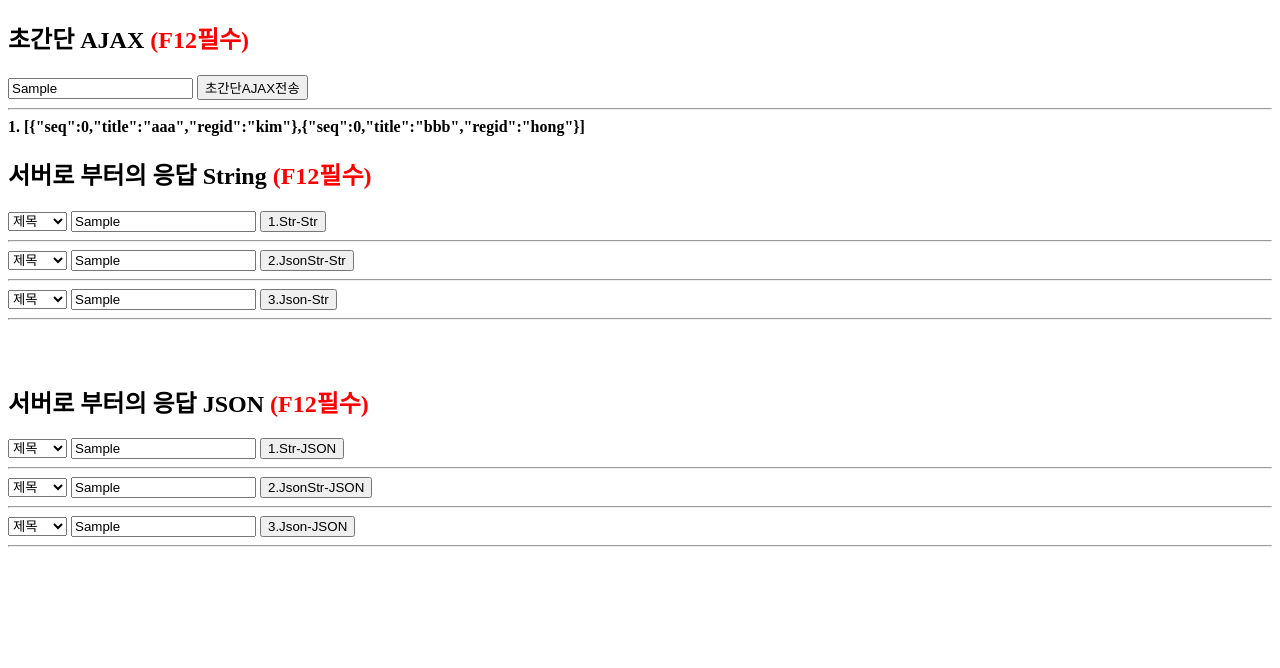
Repository: hinoky4693/workspace
Page: http://localhost/web_prj/lec_rest.jsp
These files come from the project's save history. The page is drawn as it stood at one moment and after the next save; the edit follows.
The browser window is 1280 px wide. The pictures show the whole page.
Empty fields were first filled with sample values (such as "Sample", 5 or name@example.com).
After loading, the first visible `#\31 __Str_Str_Btn` was clicked once.
The page is served by Tomcat 9. Other server files are loaded and not shown.

Above is the page before, as saved 2024-05-28 02:43:53.

### web_prj/src/main/webapp/lec_rest.jsp
<%@ page language="java" contentType="text/html; charset=UTF-8"
    pageEncoding="UTF-8"%>
<!DOCTYPE html>
<html>
<head>
<meta charset="UTF-8">
<title>Insert title here</title>
</head>
<body>
<!--  REST(Representational State Transfer)
		   : 웹 서비스를 위한 분산 시스템 아키텍처
		   - http 프로토콜 사용
		   - 데이터 포맷 : json/xml 주로 사용
		   - 개인정보 데이터 접근을 위해서는 토큰(OAuth2) 이용
		   - 서버(프로바이더)가 정한 규칙에 맞게 요청을 해야 응답을 받을 수 있다
		   ex) kakao  사용자 목록 가져오기
		       https://kapi.kakao.com/v1/user/ids
		       ${SERVICE_APP_ADMIN_KEY}
		       Content-type: application/x-www-form-urlencoded;charset=utf-8

      AJAX : 스크립트에서 비동기 통신을 위한 기술(jQuery 스크립트 라이브러리)
		   : JSON/XML/TEXT/... 데이터표기를 사용해 데이터 송수신
		   : https://api.jquery.com.jQuery.ajax/

	  $.ajax( { settings } );

	  $.ajax({
	        *method      : "GET",
	        *url         : "/BoradServlet?pagecode=B001",
	        *data 		 : { "name":"kim" , "pw":"123" },    JSON표기 내부적변환 name=kim&pw=123
	  		             : { "name": ["kim","hong"]    }                     name=kim&name=hong
	  		             : "name=kim&pw=123"
	  		*error 	     : function(){   },
	  		*success     : function(){   },

	  		contentType : "application/x-www-form-urlencoded; charset=UTF-8"   ------ 보낼데이터 타입
	  		            : "application/json; charset=UTF-8"
	  		dataType    : (xml, json, script, or html, text),                  ------ 서버로부터온 응답데이터 타입

	  		beforeSend 	: function(){   },
	  		complete 	: function(){   },
	  		crossDomain : false,
	  		headers     : {k:v},
	  });

-->
<!--  ##################### 서버로 부터의 응답 String #######################  -->
<h2>초간단 AJAX <font color=red>(F12필수)</font></h2>
<form id="Str_Str_Form" >
<input id="searchGubun" type=hidden name="searchGubun" value="">
<input id="searchStr"   type="text" name="searchStr">
<input type="button" id="AjaxBtn" value="초간단AJAX전송">
</form>
<hr>
<div id="resultDIV"></div>

<!--  ##################### 서버로 부터의 응답 String #######################  -->
<h2>서버로 부터의 응답 String <font color=red>(F12필수)</font></h2>
<form id="Str_Str_Form1">
<select name="searchGubun">
	<option value="title">제목</option>
	<option value="contents">내용</option>
	<option value="regid">글쓴이</option>
</select>
<input type="text" name="searchStr">
<input type="button" id="1__Str_Str_Btn" value="1.Str-Str">
</form>
<hr>

<form id="JsonStr_Str_Form" action="/RestServlet" method="get">
<select name="searchGubun">
	<option value="title">제목</option>
	<option value="contents">내용</option>
	<option value="regid">글쓴이</option>
</select>
<input type="text" name="searchStr">
<input type="button" id="2__JsonStr_Str_Btn"  value="2.JsonStr-Str">
</form>
<hr>

<form id="Json_Str_Form" action="/RestServlet" method="get">
<select name="searchGubun">
	<option value="title">제목</option>
	<option value="contents">내용</option>
	<option value="regid">글쓴이</option>
</select>
<input type="text" name="searchStr">
<input type="button" id="3__Json_Str_Btn"  value="3.Json-Str">
</form>
<hr><br><br>

<!--  ##################### 서버로 부터의 응답 JSON #######################  -->
<h2>서버로 부터의 응답 JSON <font color=red>(F12필수)</font></h2>
<form id="Str_Json_Form" action="/RestServlet" method="get">
<select name="searchGubun">
	<option value="title">제목</option>
	<option value="contents">내용</option>
	<option value="regid">글쓴이</option>
</select>
<input type="text" name="searchStr">
<input type="button" id="4__Str_Json_Btn"  value="1.Str-JSON">
</form>
<hr>

<form id="JsonStr_Json_Form" action="/RestServlet" method="get">
<select name="searchGubun">
	<option value="title">제목</option>
	<option value="contents">내용</option>
	<option value="regid">글쓴이</option>
</select>
<input type="text" name="searchStr">
<input type="button" id="5__JsonStr_Json_Btn"  value="2.JsonStr-JSON">
</form>
<hr>

<form id="Json_Json_Form" action="/RestServlet" method="get">
<select name="searchGubun">
	<option value="title">제목</option>
	<option value="contents">내용</option>
	<option value="regid">글쓴이</option>
</select>
<input type="text" name="searchStr">
<input type="button" id="6__Json_Json_Btn"   value="3.Json-JSON">
</form>
<hr>

<script src="https://code.jquery.com/jquery-3.7.1.js"></script>
<script>
	//$(function() {    });


	$("#AjaxBtn").click(  function(){
		//alert("초간단AJAX");
		var sg = $("#searchGubun").val();
		var ss = $("#searchStr").val();
		$.ajax({
			method      : "GET",
	        url         : "<%=request.getContextPath()%>/RestServlet",
	        data 		: "searchGubun="+sg+"&searchStr="+ss,
	  		error 	    : function(myval){ console.log("이건에러:" + myval);   },
	  		success     : function(myval){
	  										console.log("이건성공:" + myval);
	  										$("#resultDIV").html("<b>"+myval+"</b>")
	  									 }
		});
	});

	$("#1__Str_Str_Btn").click(  function(){
		//alert("1");
		var sendFormData = $("#Str_Str_Form1").serialize();
		console.log(sendFormData);
		$.ajax({
			method      : "GET",
	        url         : "<%=request.getContextPath()%>/RestServlet",
	        data 		: sendFormData,
	  		error 	    : function(myval){ console.log("에러:" + myval);   },
	  		success     : function(myval){
	  										console.log("성공:" + myval);
	  										var myval_obj = JSON.parse(myval);
	  										console.log("성공변환:" + myval_obj);
	  										console.log("성공변환:" + myval_obj[0]["regid"]);

	  										var htmlStr = "<table border=1 width=50%><tr><th>제목</th><th>글쓴이</th></tr>";
	  										$.map( myval_obj, function( MYval, MYidx ) {
	  											htmlStr +="<tr><td></td></tr>"
	  											console.log(MYval["title"] + "," + MYval["regid"] + "," + MYidx);
	  										});
	  										htmlStr +="</html>";

	  										$("#resultDIV").html("<b>"+"1. "+myval+"</b>") }
										});
	});
	$("#2__JsonStr_Str_Btn").click(  function(){
		alert("2");
	});
	$("#3__Json_Str_Btn").click(  function(){
		alert("3");
	});

	$("#4__Str_Json_Btn").click(  function(){
		alert("4");
	});
	$("#5__JsonStr_Json_Btn").click(  function(){
		alert("5");
	});
	$("#6__Json_Json_Btn").click(  function(){
		alert("6");
	});

</script>

</body>
</html>

### web_prj/src/main/java/com/kosta/sample/rest/RestServlet.java
package com.kosta.sample.rest;

import java.io.IOException;
import java.io.PrintWriter;
import java.util.ArrayList;

import javax.servlet.ServletException;
import javax.servlet.annotation.WebServlet;
import javax.servlet.http.HttpServlet;
import javax.servlet.http.HttpServletRequest;
import javax.servlet.http.HttpServletResponse;

import com.google.gson.Gson;
import com.kosta.sample.board.BoardVO;



@WebServlet("/RestServlet")
public class RestServlet extends HttpServlet {
	private static final long serialVersionUID = 1L;

    public RestServlet() {
        super();
    }

	protected void doGet(HttpServletRequest request, HttpServletResponse response) throws ServletException, IOException {
		request.setCharacterEncoding("UTF-8");
		response.setContentType("text/html;charset=UTF-8");

		String searchGubun = request.getParameter("searchGubun");
		String searchStr   = request.getParameter("searchStr");
		System.out.println(searchGubun + "," + searchStr);

//		String responseStr = "이건 서버가 보낸 메세지";

		ArrayList<BoardVO> list = new ArrayList<BoardVO>();
		BoardVO bvo = new BoardVO();
		bvo.setTitle("aaa");
		bvo.setRegid("kim");	// [{"title"="aaa","regid"=kim"}]
		list.add(bvo);
		bvo = new BoardVO();
		bvo.setTitle("bbb");
		bvo.setRegid("hong");
		list.add(bvo);			//	[{"title"="aaa","regid"="kim"},{"title"="bbb","regid"="hong"}]

		Gson gson = new Gson();
		String gsonString = gson.toJson(list);	//	"[{"title":"aaa","regid":"kim"},{"title":"bbb","regid":"hong"}]"
		System.out.println(gsonString+","+gson.toString().getClass());

		PrintWriter out = response.getWriter();
		out.print(gsonString);




	}

//	protected void doPost(HttpServletRequest request, HttpServletResponse response) throws ServletException, IOException {
//		doGet(request, response);
//	}

}

### web_prj/src/main/java/com/kosta/sample/board/BoardVO.java
package com.kosta.sample.board;

import java.util.List;

public class BoardVO {
	//ctrl + shift + X : 대문자
	//ctrl + shift + Y : 소문자
	private int seq;            //PK sequence
	private String title;
	private String contents;
	private String regid;       //session cookie
	private String regdate;     //default sysdate

	//private String tag;

	List<ReplyVO> replies;      //1:N

	public BoardVO() {}


	public BoardVO(int seq, String title, String contents, String regid, String regdate) {
		//super();
		this.seq = seq;
		this.title = title;
		this.contents = contents;
		this.regid = regid;
		this.regdate = regdate;
	}

	public BoardVO(int seq, String title, String contents, String regid,
			String regdate, List<ReplyVO> replies) {
		//super();
		this(seq, title, contents, regid, regdate);
		this.replies = replies;
	}


	public List<ReplyVO> getReplies() {
		return replies;
	}


	public void setReplies(List<ReplyVO> replies) {
		this.replies = replies;
	}


	public int getSeq() {
		return seq;
	}
	public String getTitle() {
		return title;
	}
	public String getContents() {
		return contents;
	}
	public String getRegid() {
		return regid;
	}
	public String getRegdate() {
		return regdate;
	}
	public void setSeq(int seq) {
		this.seq = seq;
	}
	public void setTitle(String title) {
		this.title = title;
	}
	public void setContents(String contents) {
		this.contents = contents;
	}
	public void setRegid(String regid) {
		this.regid = regid;
	}
	public void setRegdate(String regdate) {
		this.regdate = regdate;
	}


	@Override
	public String toString() {
		return "BoardVO [seq=" + seq + ", title=" + title + ", contents=" + contents + ", regid=" + regid + ", regdate="
				+ regdate + ", replies=" + replies + "]";
	}

}

### web_prj/src/main/java/com/kosta/sample/board/ReplyVO.java
package com.kosta.sample.board;

public class ReplyVO {
	private int rseq;        //PK
	private String reply;
	private String regid;    //session cookie
	private String regdate;  //default sysdate
	private int seq ;        //FK - reference board(seq)

	public ReplyVO() {}


	public ReplyVO(int rseq, String reply, String regid, String regdate, int seq) {
		super();
		this.rseq = rseq;
		this.reply = reply;
		this.regid = regid;
		this.regdate = regdate;
		this.seq = seq;
	}



	public int getRseq() {
		return rseq;
	}

	public String getReply() {
		return reply;
	}

	public String getRegid() {
		return regid;
	}

	public String getRegdate() {
		return regdate;
	}

	public int getSeq() {
		return seq;
	}

	public void setRseq(int rseq) {
		this.rseq = rseq;
	}

	public void setReply(String reply) {
		this.reply = reply;
	}

	public void setRegid(String regid) {
		this.regid = regid;
	}

	public void setRegdate(String regdate) {
		this.regdate = regdate;
	}

	public void setSeq(int seq) {
		this.seq = seq;
	}

	@Override
	public String toString() {
		return "ReplyVO [rseq=" + rseq + ", reply=" + reply + ", regid=" + regid + ", regdate=" + regdate + ", seq="
				+ seq + "]";
	}



}

After the next save:
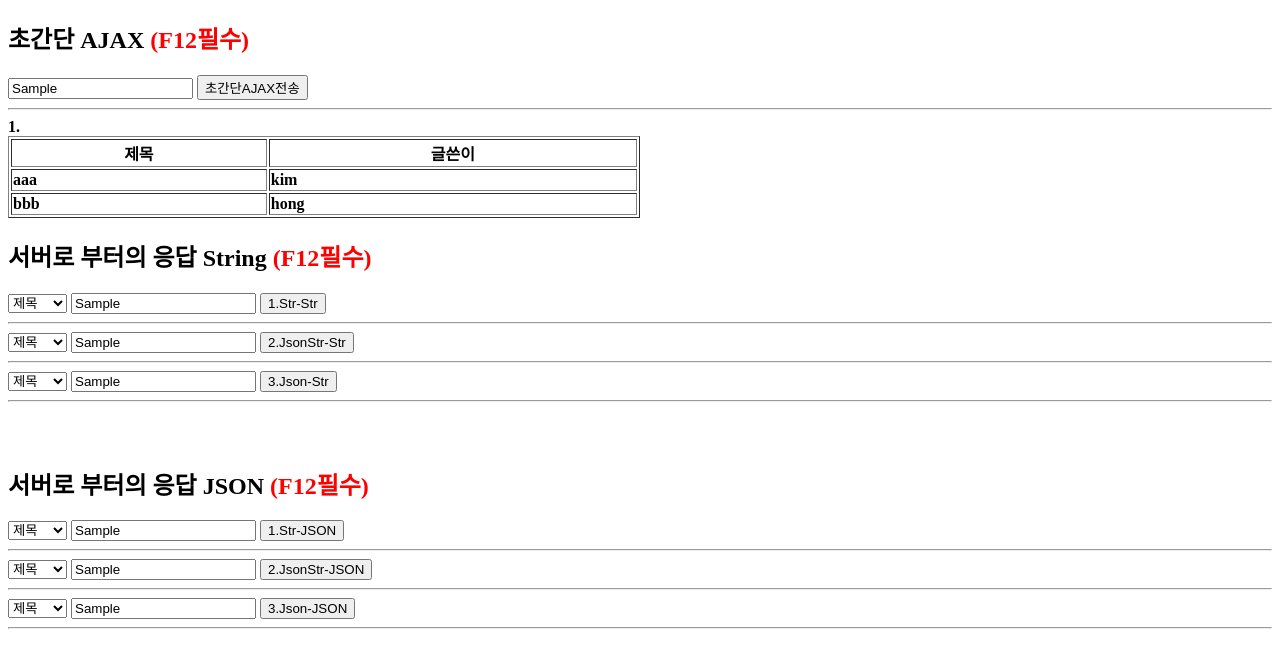
Saved 118 s later.
--- a/web_prj/src/main/webapp/lec_rest.jsp
+++ b/web_prj/src/main/webapp/lec_rest.jsp
@@ -162,12 +162,13 @@
 
 	  										var htmlStr = "<table border=1 width=50%><tr><th>제목</th><th>글쓴이</th></tr>";
 	  										$.map( myval_obj, function( MYval, MYidx ) {
-	  											htmlStr +="<tr><td></td></tr>"
+	  											htmlStr +="<tr><td>"+MYval["title"]+"</td><td>"+ MYval["regid"]+" </td></tr>"
 	  											console.log(MYval["title"] + "," + MYval["regid"] + "," + MYidx);
 	  										});
 	  										htmlStr +="</html>";
 
-	  										$("#resultDIV").html("<b>"+"1. "+myval+"</b>") }
+	  										$("#resultDIV").empty();
+	  										$("#resultDIV").html("<b>"+"1. "+htmlStr+"</b>") }
 										});
 	});
 	$("#2__JsonStr_Str_Btn").click(  function(){
